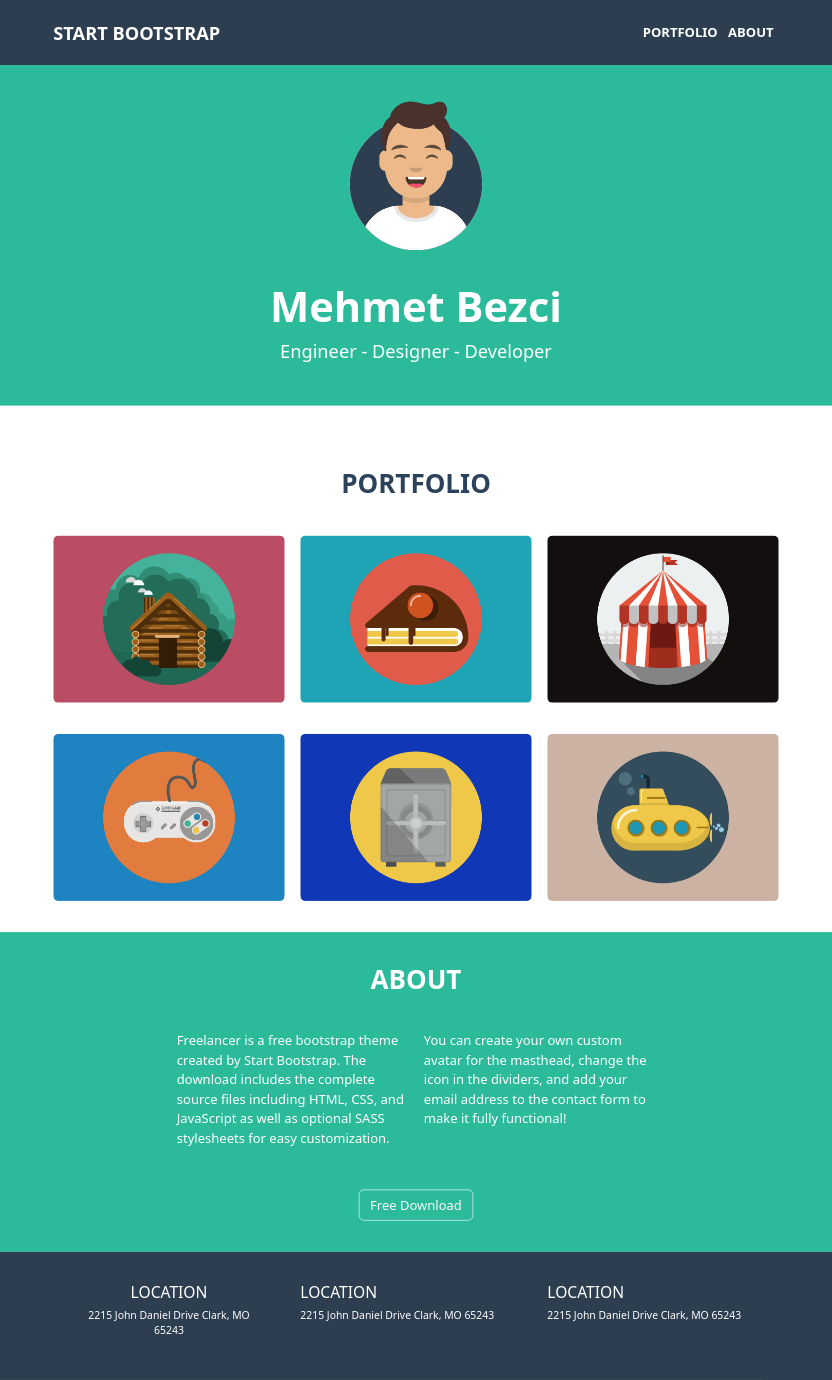
Repository: 7JaxeN7/WT-1255P-Mehmet_BEZC-
Page: index.html
These files come from the project's save history. The page is drawn as it stood at one moment and after the next save; the edit follows.
The browser window is 1280 px wide. The pictures show the whole page, at 65% of full size.

Above is the page before, as saved 2025-01-07 00:38:57.

After the next save:
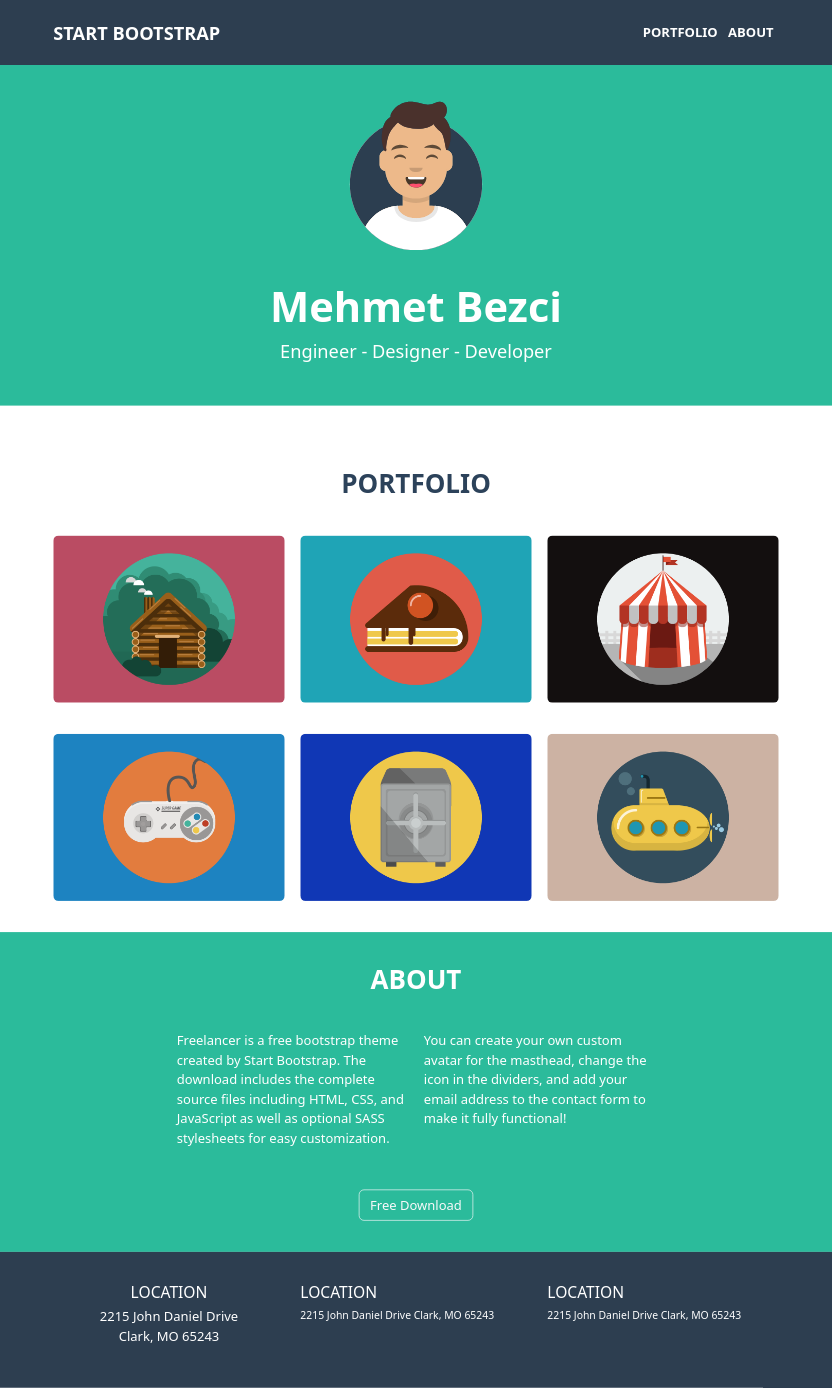
Saved 12 s later.
--- a/index.html
+++ b/index.html
@@ -97,7 +97,7 @@
         <div class="row">
           <div class="col-lg-4 text-center px-3">
             <h5 class="fs-4 text-white fs-4">LOCATION</h5>
-            <p class="text-white px-5">
+            <p class="text-white fs-5 px-5">
               2215 John Daniel Drive
               Clark, MO 65243
             </p>
